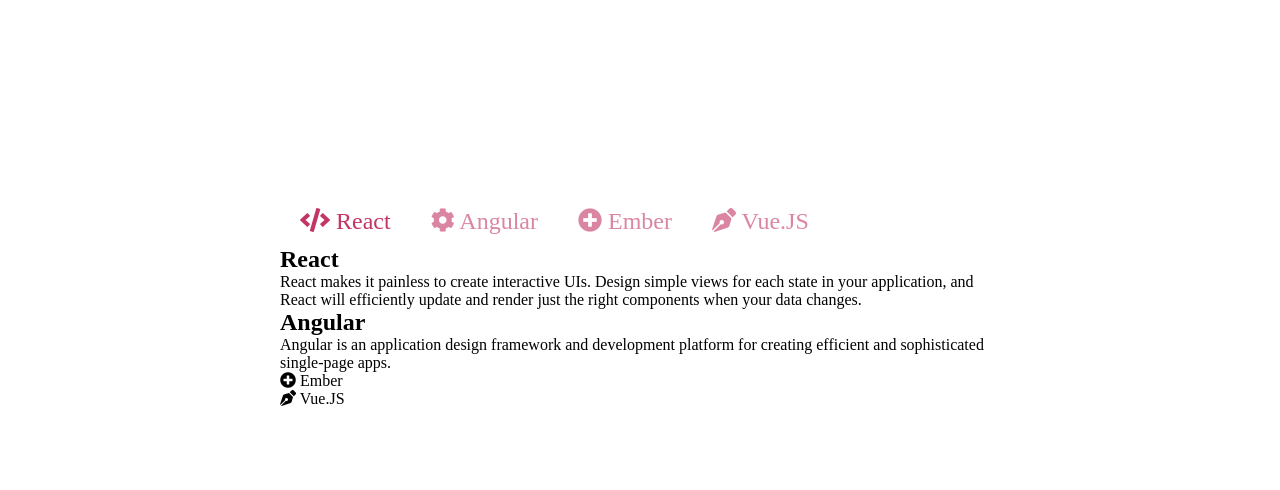
Repository: dovanthao2404/switch-tabs
Page: index.html
An editor plug-in stored every save of this project. The page is shown before and after the next save, followed by the edit.
The browser window is 1280 px wide. The pictures show the whole page.

Above is the page before, as saved 2021-06-27 20:21:30.

### index.html
<!DOCTYPE html>
<html lang="en">

<head>
  <meta charset="UTF-8">
  <meta http-equiv="X-UA-Compatible" content="IE=edge">
  <meta name="viewport" content="width=device-width, initial-scale=1.0">
  <title>Tab</title>
  <link rel="stylesheet" href="https://cdnjs.cloudflare.com/ajax/libs/font-awesome/5.15.3/css/all.min.css"
    integrity="sha512-iBBXm8fW90+nuLcSKlbmrPcLa0OT92xO1BIsZ+ywDWZCvqsWgccV3gFoRBv0z+8dLJgyAHIhR35VZc2oM/gI1w=="
    crossorigin="anonymous" referrerpolicy="no-referrer" />
  <link rel="stylesheet" href="./style.css">
</head>

<body>
  <div class="container">
    <div class="tab-header">
      <div class="tab-item active">
        <i class="tab-icon fas fa-code"></i>
        React
      </div>
      <div class="tab-item">
        <i class="tab-icon fas fa-cog"></i>
        Angular
      </div>
      <div class="tab-item">
        <i class="tab-icon fas fa-plus-circle"></i>
        Ember
      </div>
      <div class="tab-item">
        <i class="tab-icon fas fa-pen-nib"></i>
        Vue.JS
      </div>
      <div class="line"></div>
    </div>
    <div class="tab-content">
      <div class="tab-pane active">
        <h2>React</h2>
        <p>
          React makes it painless to create interactive UIs. Design simple views for each state in your application, and
          React will efficiently update and render just the right components when your data changes.</p>
      </div>
      <div class="tab-pane">
        <h2>Angular</h2>
        <p>
          Angular is an application design framework and development platform for creating efficient and sophisticated
          single-page apps.</p>
      </div>
      <div class="tab-pane">
        <i class="tab-icon fas fa-plus-circle"></i>
        Ember
      </div>
      <div class="tab-pane">
        <i class="tab-icon fas fa-pen-nib"></i>
        Vue.JS
      </div>
      <div class="line"></div>
    </div>
  </div>
</body>

</html>

### style.css
* {
  padding: 0;
  margin: 0;
  box-sizing: border-box;
}
.container {
  margin: 15% auto;
  width: 720px;
  text-align: center;
}
.tab-header {
  display: flex;
  position: relative;
}
.tab-item {
  color: #c23564;
  font-size: 24px;
  opacity: 0.6;
  cursor: pointer;
  padding: 16px 20px 11px 20px;
}
.tab-item.active {
  opacity: 1;
}
.line {
  position: absolute;
  height: 6px;
  left: 0;
  bottom: 0;
  width: 0px;
  background-color: #c23564;
  border-radius: 15px;
}
.tab-content {
  text-align: left;
}

After the next save:
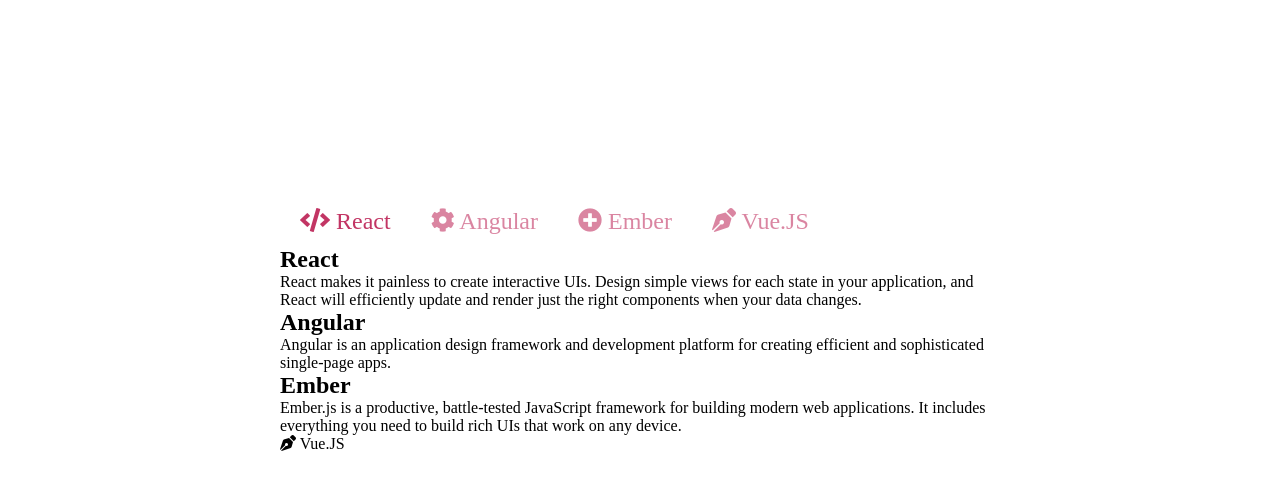
Saved 8 s later.
--- a/index.html
+++ b/index.html
@@ -47,8 +47,9 @@
           single-page apps.</p>
       </div>
       <div class="tab-pane">
-        <i class="tab-icon fas fa-plus-circle"></i>
-        Ember
+        <h2>Ember</h2>
+        <p>Ember.js is a productive, battle-tested JavaScript framework for building modern web applications. It
+          includes everything you need to build rich UIs that work on any device.</p>
       </div>
       <div class="tab-pane">
         <i class="tab-icon fas fa-pen-nib"></i>
